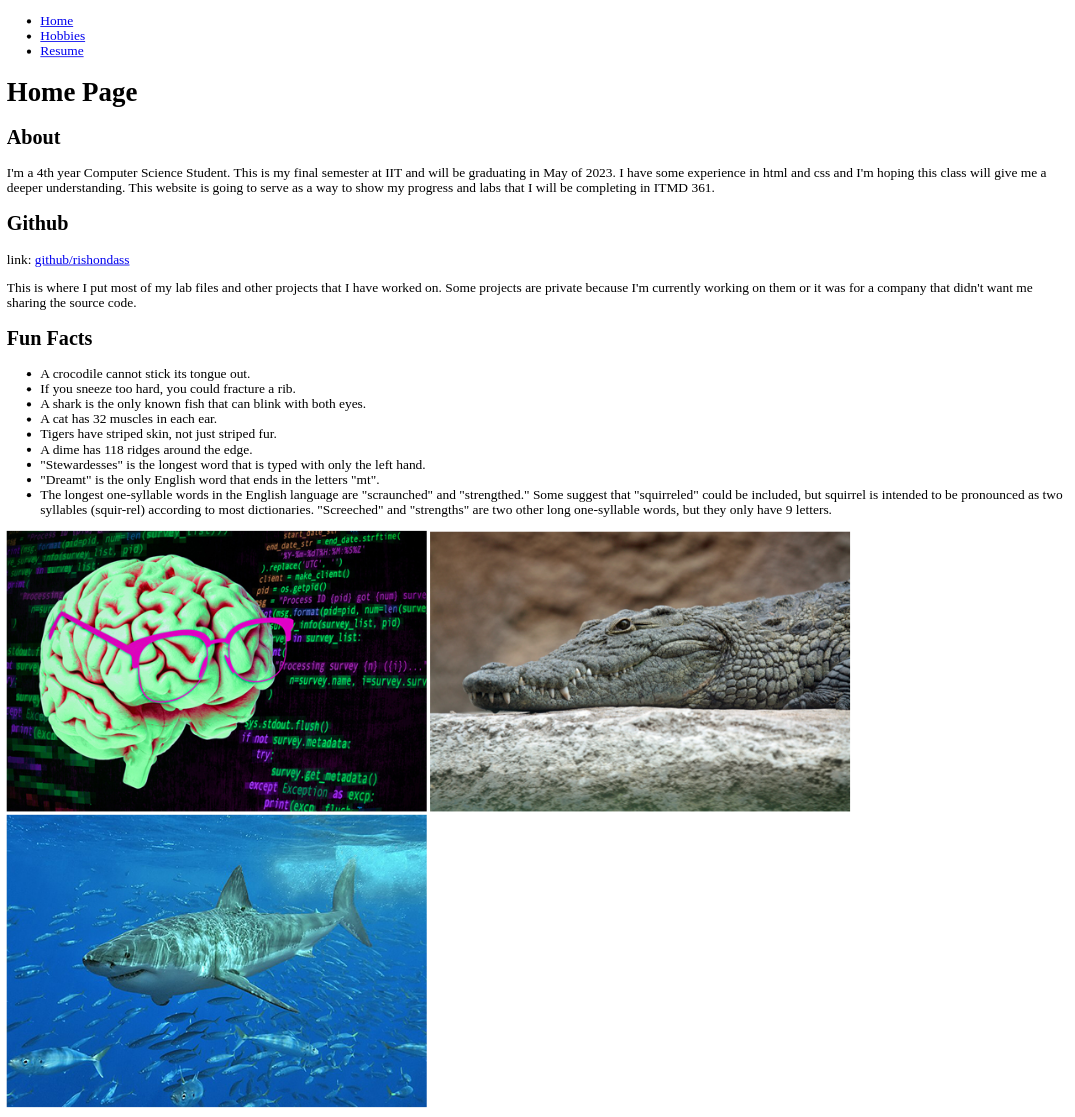
Repository: rishondass/ITMD361-Project2
Page: index.html
An editor plug-in stored every save of this project. The page is shown before and after a run of saves, followed by the edit.
The browser window is 1280 px wide. The pictures show the whole page, at 84% of full size.

Above is the page before, as saved 2023-03-07 20:57:08.

### index.html
<!DOCTYPE html>
<html lang="en">
<head>
    <meta charset="UTF-8">
    <meta name="viewport" content="width=device-width, initial-scale=1.0">
    <link rel="stylesheet" href="">
    <title>Home</title>
</head>
<body>
    <nav>
        <ul>
            <li>
                <a href="index.html">Home</a>
            </li>
            <li>
                <a href="hobbies.html">Hobbies</a>
            </li>
            <li>
                <a href="resume.html">Resume</a>
            </li>
        </ul>
    </nav>

    <div>
        <h1>Home Page</h1>
        <h2>
            About
        </h2>
        <p>
            I'm a 4th year Computer Science Student. This is my final semester at IIT and will be graduating in May of 2023. I have some experience in html and css and I'm hoping this class will give me a deeper understanding. This website is going to serve as a way to show my progress and labs that I will be completing in ITMD 361.
        </p>
        <h2>
            Github
        </h2>
        <p>
            link: <a target="_blank" href="https://www.github.com/rishondass">github/rishondass</a>
        </p>
        <p>
            This is where I put most of my lab files and other projects that I have worked on. Some projects are private because I'm currently working on them or it was for a company that didn't want me sharing the source code.
        </p>
        <h2>
            Fun Facts
        </h2>
        <ul>
            <li>
                A crocodile cannot stick its tongue out.
            </li>
            <li>
                If you sneeze too hard, you could fracture a rib.
            </li>
            <li>
                A shark is the only known fish that can blink with both eyes.
            </li>
            <li>
                A cat has 32 muscles in each ear.
            </li>
            <li>
                Tigers have striped skin, not just striped fur.
            </li>
            <li>
                A dime has 118 ridges around the edge.
            </li>
            <li>
                "Stewardesses" is the longest word that is typed with only the left hand.
            </li>
            <li>
                "Dreamt" is the only English word that ends in the letters "mt".
            </li>
            <li>
                The longest one-syllable words in the English language are "scraunched" and "strengthed." Some suggest that "squirreled" could be included, but squirrel is intended to be pronounced as two syllables (squir-rel) according to most dictionaries. "Screeched" and "strengths" are two other long one-syllable words, but they only have 9 letters.
            </li>
        </ul>
        <img src="images/code.jpg" alt="image_of_code">
        <img src="images/Nile_crocodile_head.jpg" alt="image_of_crocodile">
        <img src="images/White_shark.jpg" alt="image_of_shark">

    </div>
</body>
</html>

Loaded but not shown: css/normalize.css (library)

After the next 2 saves:
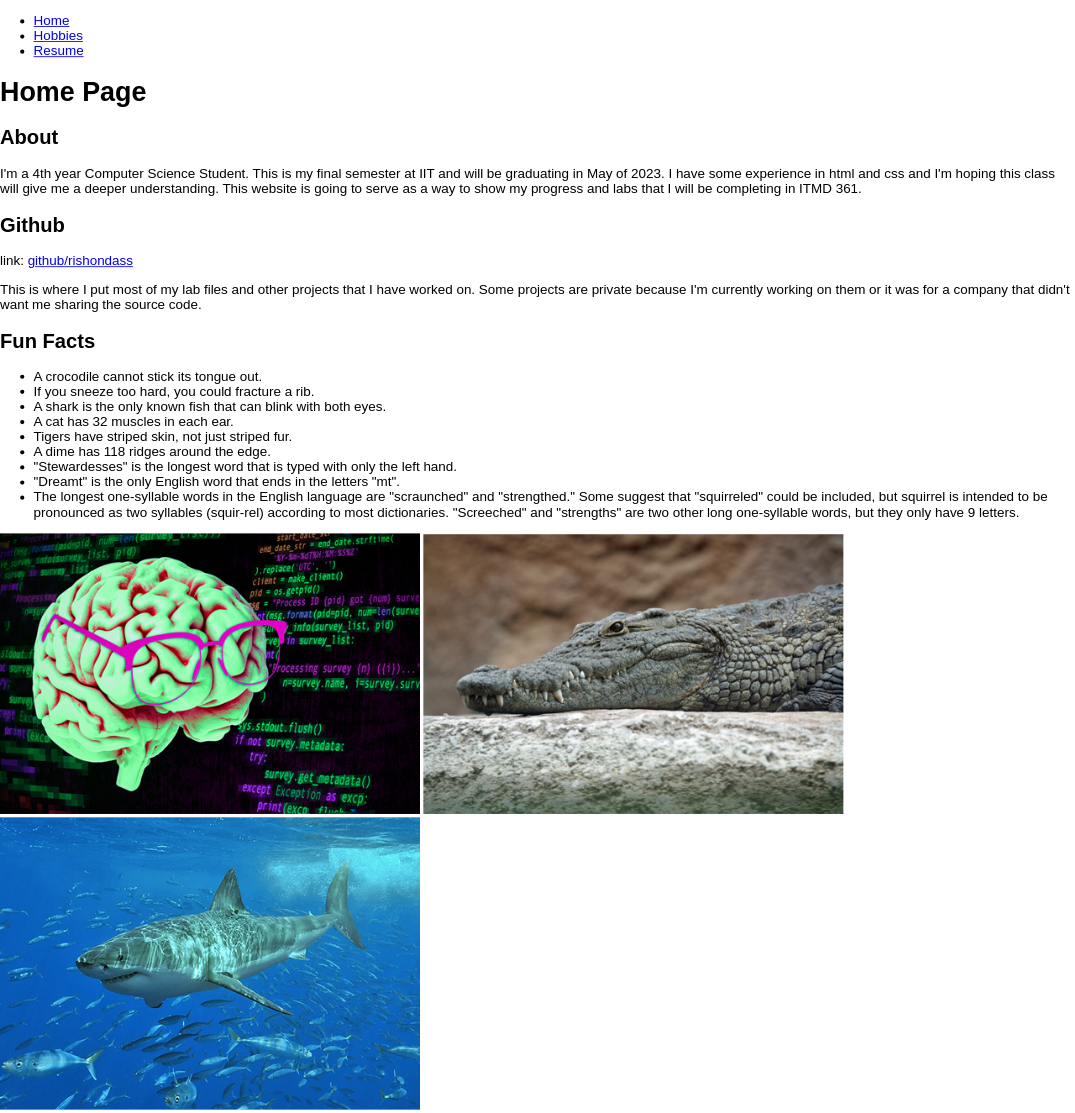
The 2 saves are shown as one change because they came seconds apart.
The last was saved 32 s later.
--- a/index.html
+++ b/index.html
@@ -3,7 +3,7 @@
 <head>
     <meta charset="UTF-8">
     <meta name="viewport" content="width=device-width, initial-scale=1.0">
-    <link rel="stylesheet" href="">
+    <link rel="stylesheet" href="css/normalize.css">
     <title>Home</title>
 </head>
 <body>
